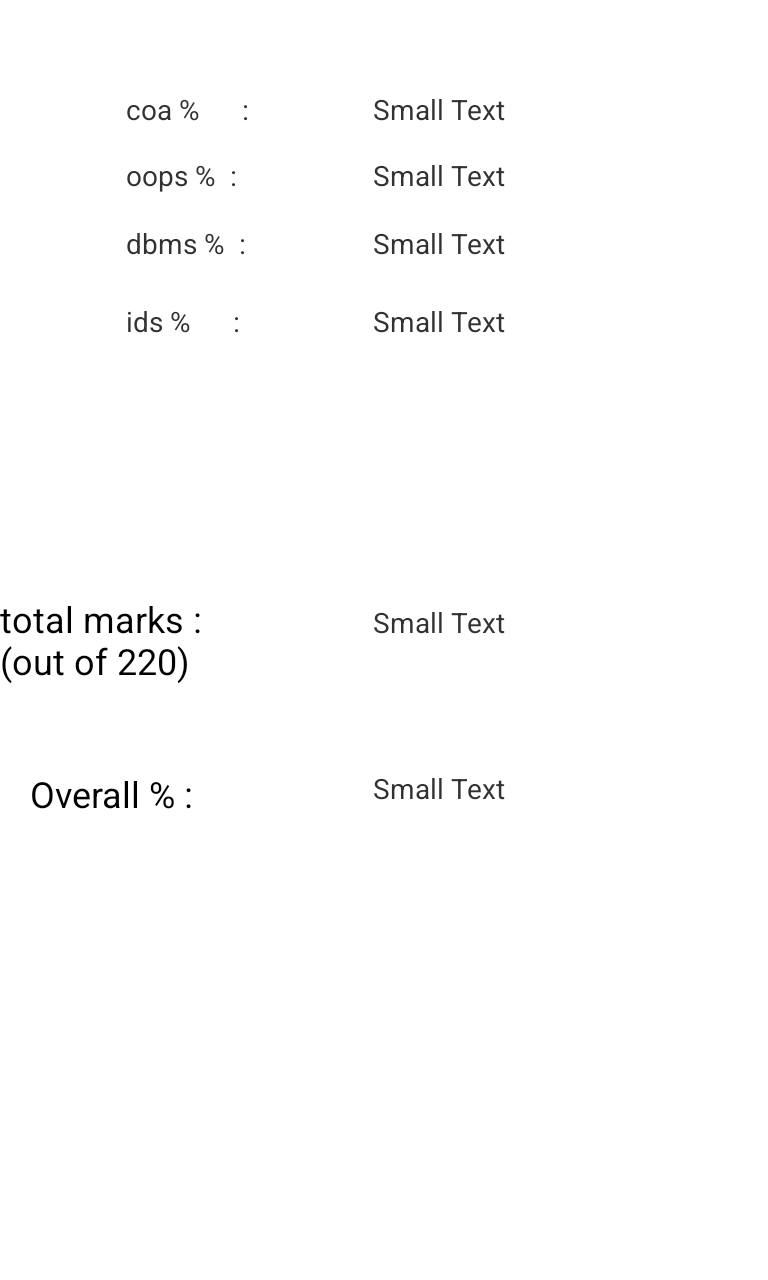
Repository: arjuntheprogrammer/iact
Layout: iact/iact android practice/mywork/ReportCard/res/layout/activity_third.xml
The author's editor kept a copy of each file at every save. The layout is drawn from the files as they stood at one save, then again after the next save.
It is drawn on a 768 x 1280 px phone screen (xhdpi) without system bars, with theme AppTheme; the app's code is not run.

Above is the layout before, as saved 2015-12-27 00:27:44.

After the next save:
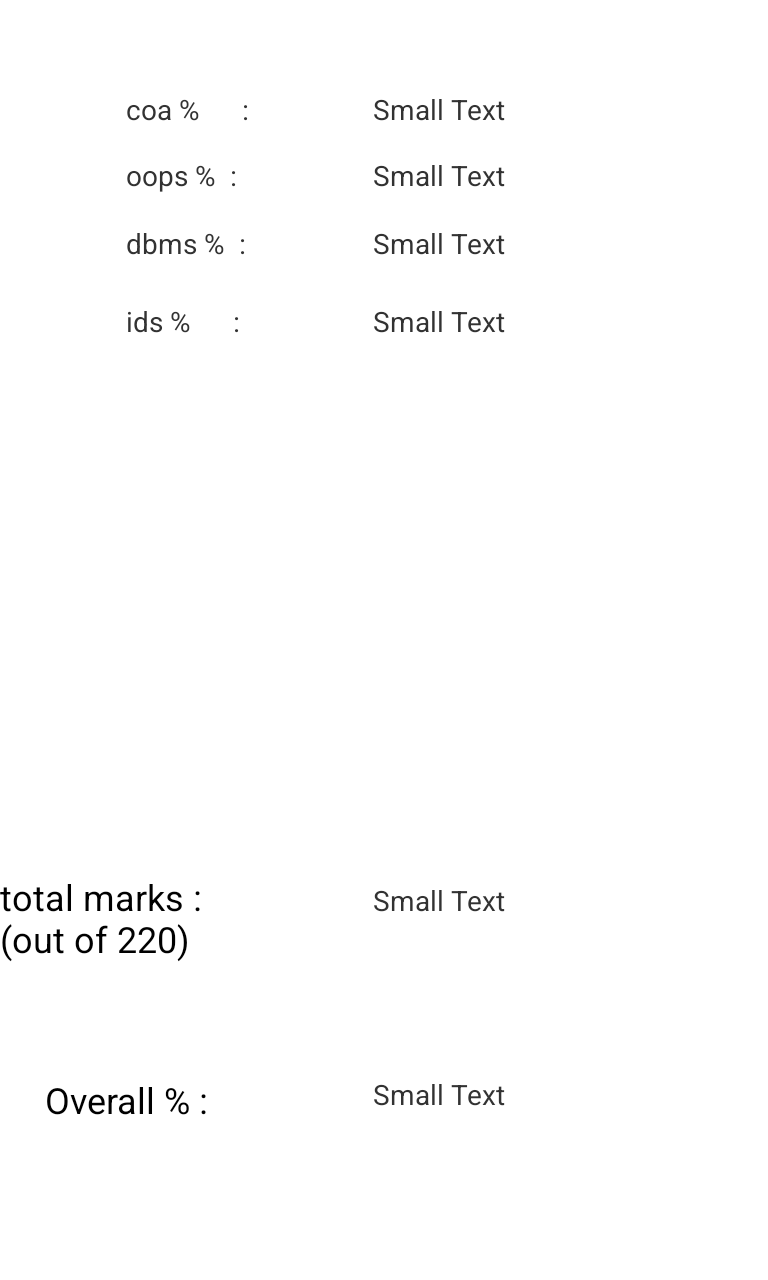
Saved 98 s later.
--- a/iact/iact android practice/mywork/ReportCard/res/layout/activity_third.xml
+++ b/iact/iact android practice/mywork/ReportCard/res/layout/activity_third.xml
@@ -39,26 +39,6 @@
         android:layout_marginLeft="63dp"
         android:layout_marginTop="45dp"
         android:text="coa %      :" />
-
-    <TextView
-        android:id="@+id/textView5"
-        android:layout_width="wrap_content"
-        android:layout_height="wrap_content"
-        android:layout_alignRight="@+id/textView1"
-        android:layout_centerVertical="true"
-        android:text="total marks : (out of 220) "
-        android:textAppearance="?android:attr/textAppearanceMedium" />
-
-    <TextView
-        android:id="@+id/textView6"
-        android:layout_width="wrap_content"
-        android:layout_height="wrap_content"
-        android:layout_alignParentLeft="true"
-        android:layout_below="@+id/textView5"
-        android:layout_marginLeft="15dp"
-        android:layout_marginTop="42dp"
-        android:text="Overall % :"
-        android:textAppearance="?android:attr/textAppearanceMedium" />
 
     <TextView
         android:id="@+id/textView7"
@@ -116,4 +96,25 @@
         android:text="Small Text"
         android:textAppearance="?android:attr/textAppearanceSmall" />
 
+    <TextView
+        android:id="@+id/textView6"
+        android:layout_width="wrap_content"
+        android:layout_height="wrap_content"
+        android:layout_alignParentBottom="true"
+        android:layout_alignRight="@+id/textView2"
+        android:layout_marginBottom="78dp"
+        android:layout_marginRight="14dp"
+        android:text="Overall % :"
+        android:textAppearance="?android:attr/textAppearanceMedium" />
+
+    <TextView
+        android:id="@+id/textView5"
+        android:layout_width="wrap_content"
+        android:layout_height="wrap_content"
+        android:layout_above="@+id/textView6"
+        android:layout_marginBottom="56dp"
+        android:layout_toLeftOf="@+id/textView7"
+        android:text="total marks : (out of 220) "
+        android:textAppearance="?android:attr/textAppearanceMedium" />
+
 </RelativeLayout>
